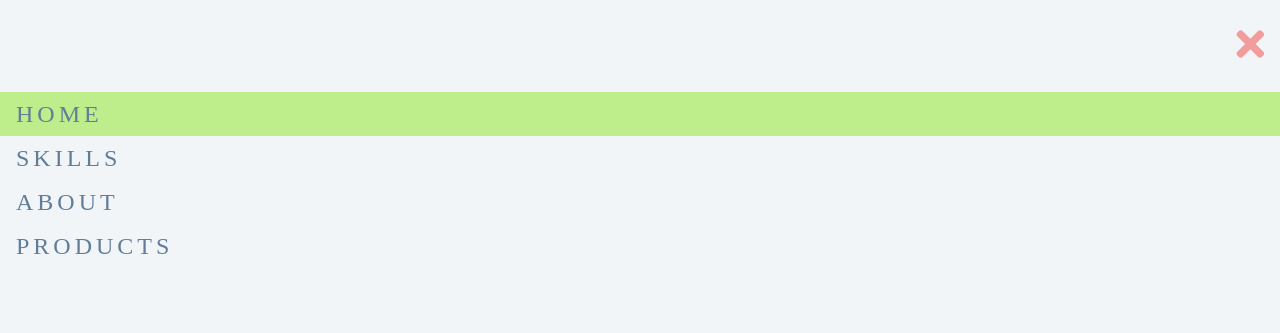
Repository: Ndifoinhilary/building_tea_site
Page: index.html
These files come from the project's save history. The page is drawn as it stood at one moment and after the next save; the edit follows.
The browser window is 1280 px wide. The pictures show the window.
The pointer rests on the first visible `.nav-link`.
A layer covers the whole window, so only the first screen is drawn. Backgrounds fixed to the window are drawn as part of the page. Some web fonts or font styles are not loaded; a fallback is used.

Above is the page before, as saved 2024-01-06 18:45:41.

After the next save:
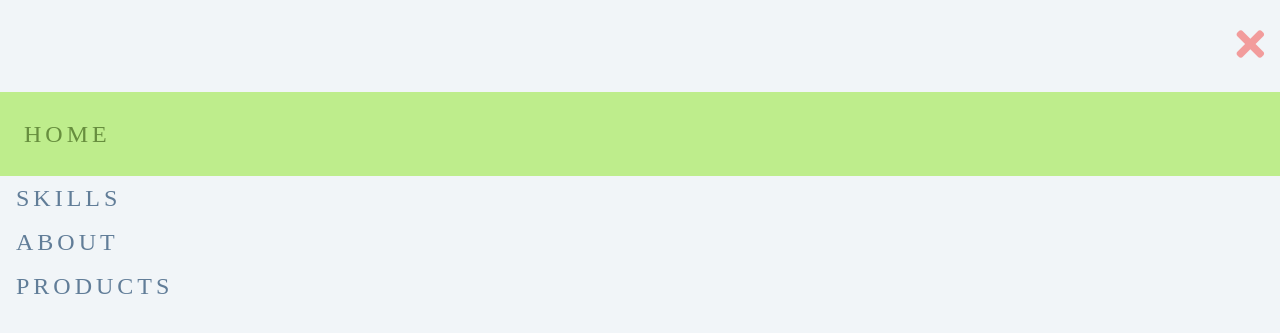
Saved 28 s later.
--- a/css/styles.css
+++ b/css/styles.css
@@ -627,4 +627,6 @@
 
 .nav-link:hover{
   background: var(--clr-primary-light);
-}
+  color: var(--clr-primary);
+  padding: 1.5rem;
+}

After the save that followed:
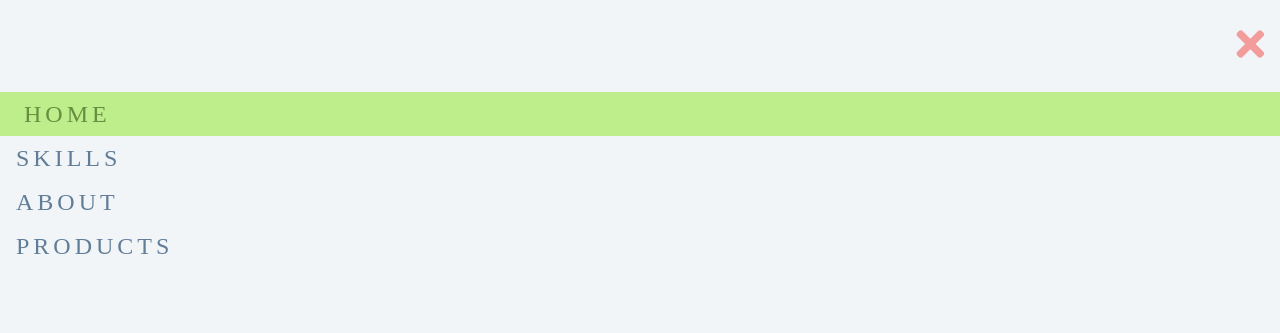
Saved 34 s later.
--- a/css/styles.css
+++ b/css/styles.css
@@ -628,5 +628,5 @@
 .nav-link:hover{
   background: var(--clr-primary-light);
   color: var(--clr-primary);
-  padding: 1.5rem;
-}
+  padding-left: 1.5rem;
+}
